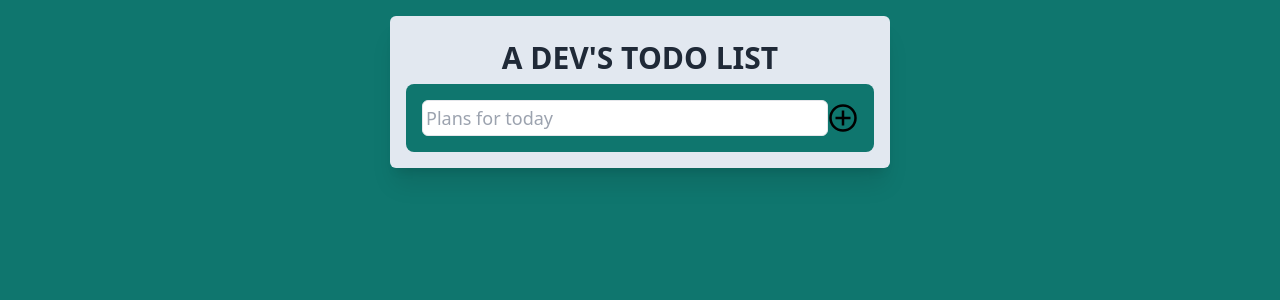
Repository: DevAntonioRogers/React-Todo-CRUD-App
Page: /
These files come from the project's save history. The page is drawn as it stood at one moment and after the next save; the edit follows.
The browser window is 1280 px wide. The pictures show the whole page.
The project was rebuilt for these pictures with package versions that can differ from the ones it lists, and the page was loaded fresh each time. Also part of the build but not shown: vite.config.ts.

Above is the page before, as saved 2023-05-14 01:32:40.

### src/App.tsx
import Form from "./components/Form";

const App = () => {
  return (
    <div className="h-screen w-screen p-4 bg-teal-700">
      <div className="bg-slate-200 max-w-[500px] w-full m-auto rounded-md shadow-xl p-4">
        <h1 className="text-3xl font-bold text-center text-gray-800 p-2">A DEV'S TODO LIST</h1>
        <Form />
      </div>
    </div>
  );
};

export default App;

### src/components/Form.tsx
import { GrAddCircle } from "react-icons/gr";

const Form = () => {
  return (
    <form className="flex justify-between bg-teal-700 p-4 rounded-lg">
      <input className="border w-full text-lg rounded-md p-[3px]" type="text" placeholder="Plans for today" />
      <button>
        <GrAddCircle size={30} />
      </button>
    </form>
  );
};

export default Form;

Loaded but not shown: index.html (common file); src/main.tsx (common file); src/index.css (common file); tailwind.config.js (common file)

After the next save:
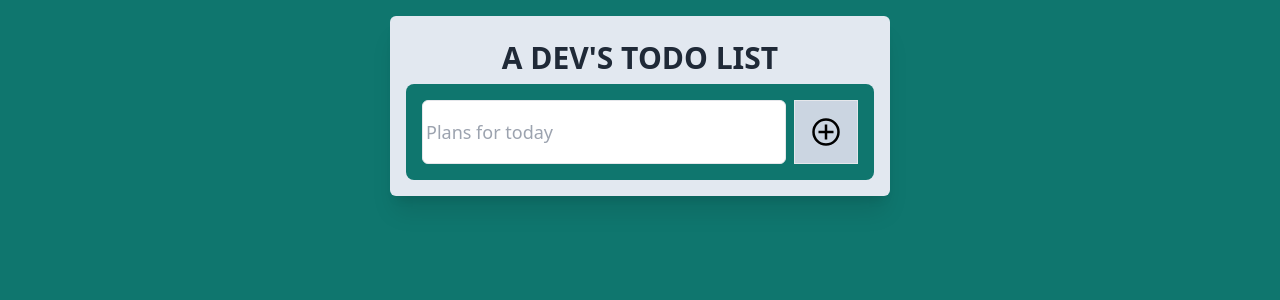
Saved 66 s later.
--- a/src/components/Form.tsx
+++ b/src/components/Form.tsx
@@ -4,7 +4,7 @@ const Form = () => {
   return (
     <form className="flex justify-between bg-teal-700 p-4 rounded-lg">
       <input className="border w-full text-lg rounded-md p-[3px]" type="text" placeholder="Plans for today" />
-      <button>
+      <button className="border p-4 ml-2 bg-slate-300 text-gray-300">
         <GrAddCircle size={30} />
       </button>
     </form>
